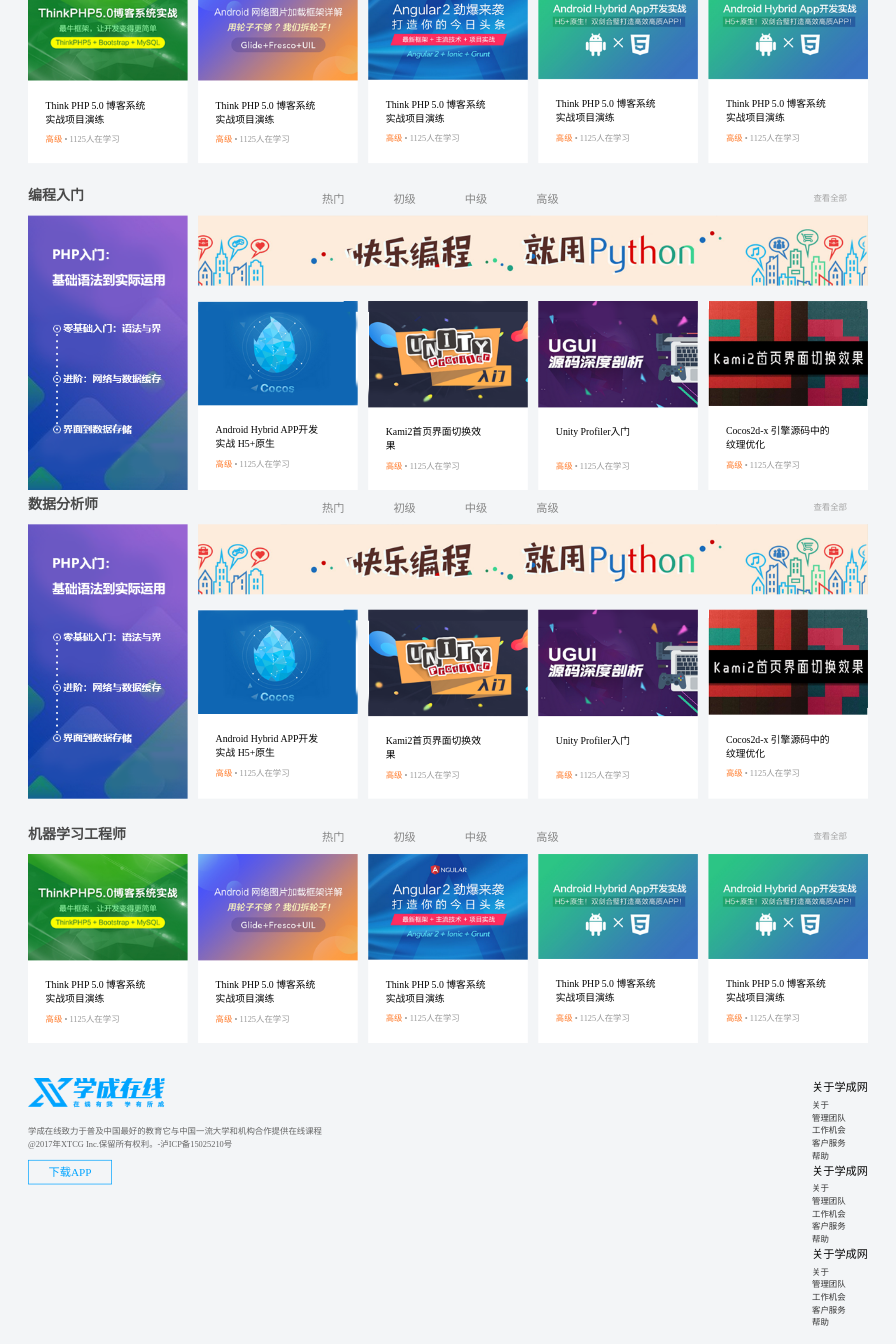
Repository: ywq0312/XueCheng
Page: index.html
These files come from the project's save history. The page is drawn as it stood at one moment and after a run of saves; the edit follows.
The browser window is 1280 px wide. The pictures show the part of the page from y = 990 to 2910 px (the page is 2910 px tall), at 70% of full size.

Above is the page before, as saved 2021-05-19 15:28:08.

After the next 3 saves:
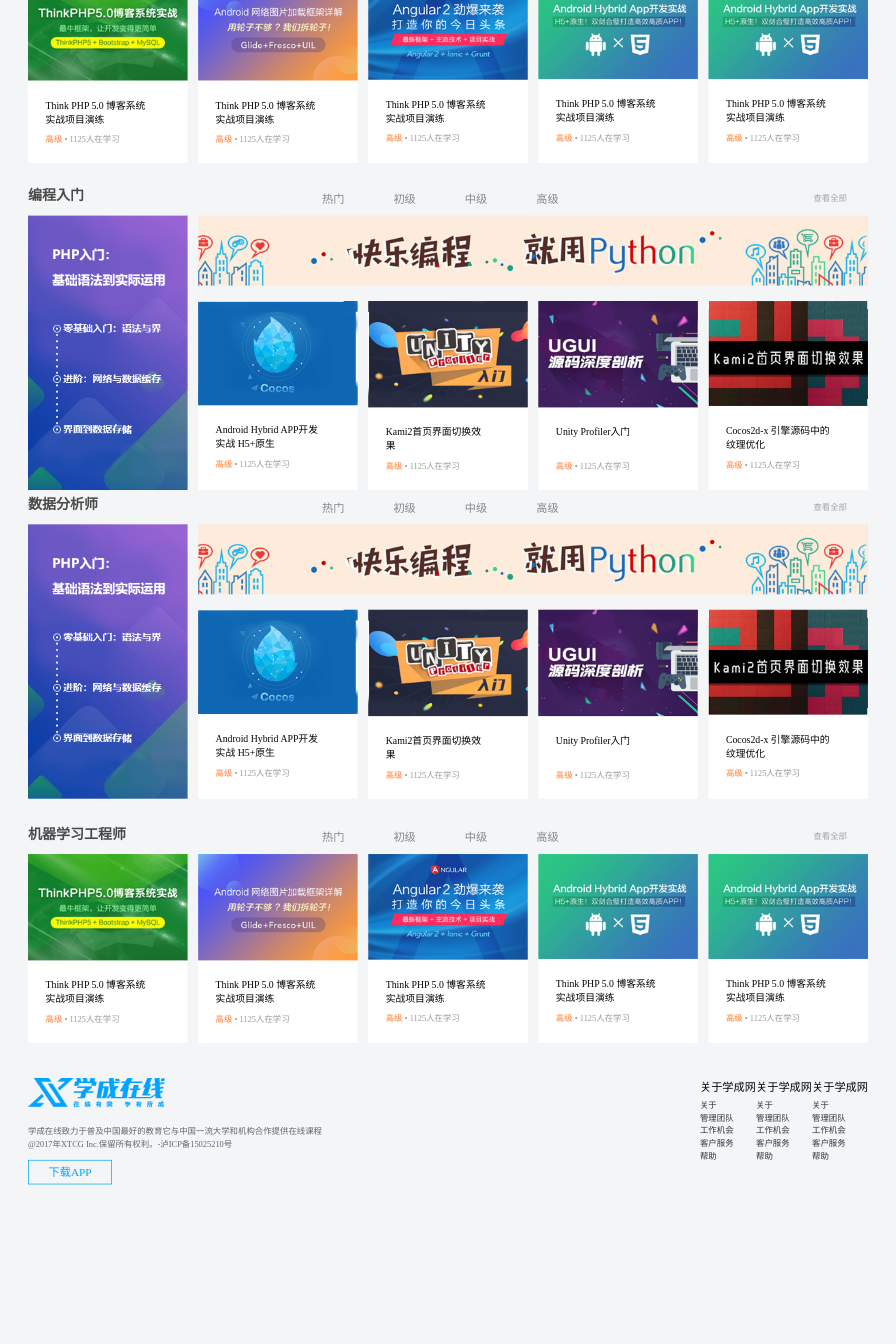
The 3 saves are shown as one change because they came seconds apart.
The last was saved 17 s later.
--- a/css/style.css
+++ b/css/style.css
@@ -318,6 +318,9 @@
 .links{
     float: right;
 }
+.links dl{
+    float: left;
+}
 .links dl dt{
     font-size: 16px;
     color: #333;
